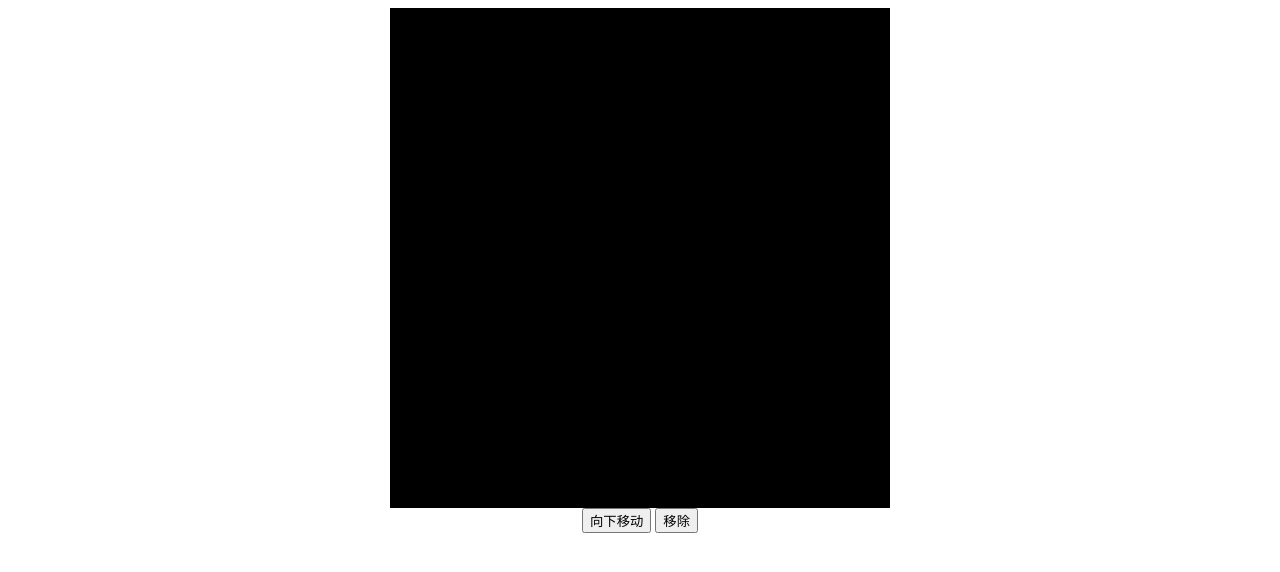
Repository: HiWhsp/TypeScript
Page: public/index.html
An editor plug-in stored every save of this project. The page is shown before and after the next save, followed by the edit.
The browser window is 1280 px wide. The pictures show the whole page.

Above is the page before, as saved 2023-04-20 16:44:48.

### public/index.html
<!DOCTYPE html>
<html lang="en">

<head>
  <meta charset="UTF-8">
  <meta http-equiv="X-UA-Compatible" content="IE=edge">
  <meta name="viewport" content="width=device-width, initial-scale=1.0">
  <title>俄罗斯方块</title>
  <style>
    #root {
      width: 500px;
      height: 500px;
      background-color: #000;
      margin: 0 auto;
      position: relative;
    }
  </style>
</head>

<body>
  <div id="root"></div>
  <div style="text-align: center;">
    <button>向下移动</button>
    <button>移除</button>
  </div>
</body>

</html>

After the next save:
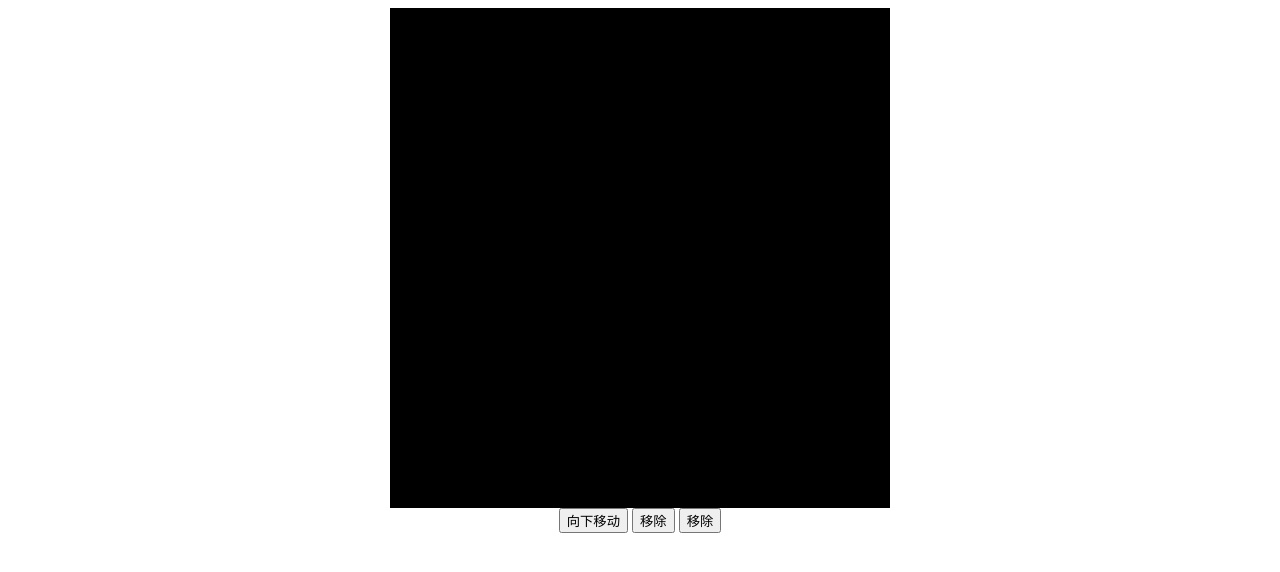
Saved 4 min 12 s later.
--- a/public/index.html
+++ b/public/index.html
@@ -20,8 +20,9 @@
 <body>
   <div id="root"></div>
   <div style="text-align: center;">
-    <button>向下移动</button>
-    <button>移除</button>
+    <button id="btnDown">向下移动</button>
+    <button id="btnRemove">移除</button>
+    <button id="btnAdd">移除</button>
   </div>
 </body>
 
